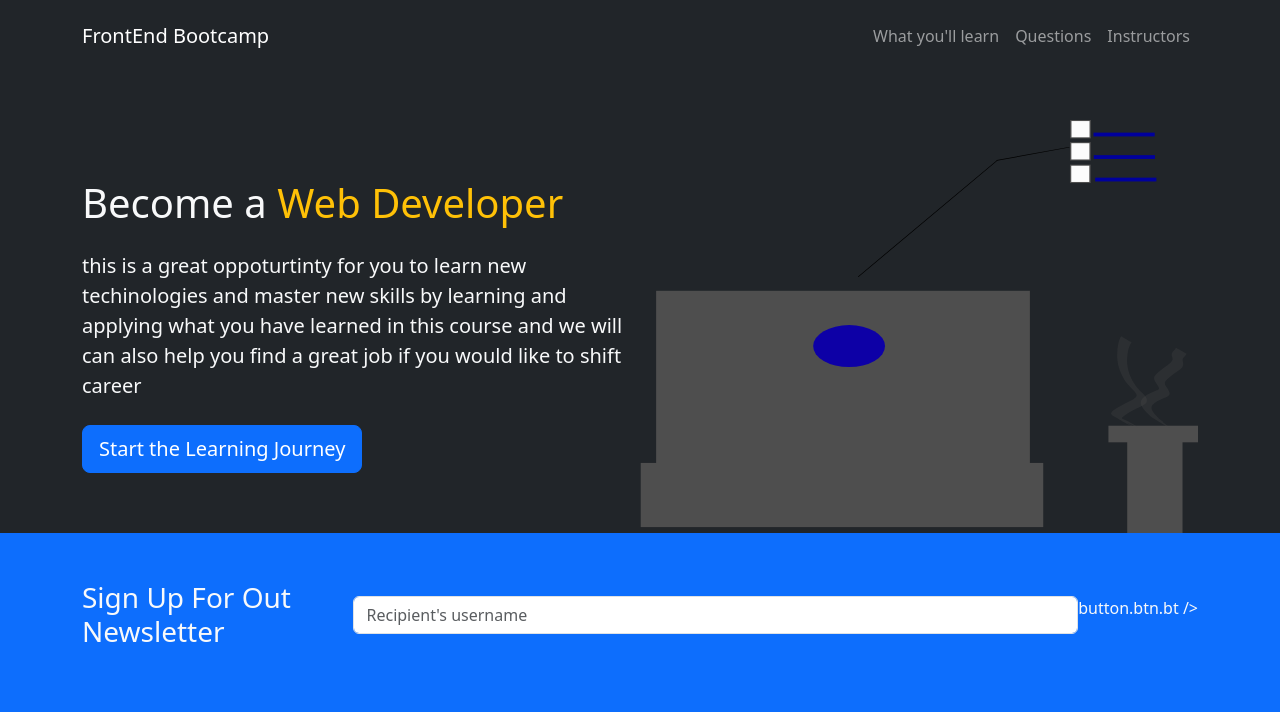
Repository: HaziimYassien/Front-End-BootCamp-__BootStrap-Project
Page: Front End BootCamp2/index.html
The author's editor kept a copy of each file at every save. The page is drawn from the files as they stood at one save, then again after a run of saves.
The browser window is 1280 px wide. The pictures show the whole page.

Above is the page before, as saved 2024-01-12 02:48:10.

### Front End BootCamp2/index.html
<!DOCTYPE html>
<html lang="en">
  <head>
    <meta charset="utf-8" />
    <meta name="viewport" content="width=device-width, initial-scale=1" />
    <title>Frontend Bootcamp</title>
    <link
      href="https://cdn.jsdelivr.net/npm/bootstrap@5.3.2/dist/css/bootstrap.min.css"
      rel="stylesheet"
      integrity="sha384-T3c6CoIi6uLrA9TneNEoa7RxnatzjcDSCmG1MXxSR1GAsXEV/Dwwykc2MPK8M2HN"
      crossorigin="anonymous"
    />
    <link rel="stylesheet" href="style.css" />
  </head>
  <body>
    <!-- START _NavigationBar -->
    <nav class="navbar navbar-expand-lg bg-dark navbar-dark py-3">
      <div class="container">
        <a href="#" class="navbar-brand">FrontEnd Bootcamp</a>
        <button
          class="navbar-toggler"
          type="button"
          data-bs-toggle="collapse"
          data-bs-target="#navmenu"
        >
          <span class="navbar-toggler-icon"></span>
        </button>
        <div class="collapse navbar-collapse" id="navmenu">
          <ul class="navbar-nav ms-auto">
            <li class="nav-item">
              <a href="#learn" class="nav-link">What you'll learn</a>
            </li>
            <li class="nav-item">
              <a href="#questions" class="nav-link">Questions</a>
            </li>
            <li class="nav-item">
              <a href="#instructors" class="nav-link">Instructors</a>
            </li>
          </ul>
        </div>
      </div>
    </nav>
    <!-- END _NavigationBar -->

    <!-- START _ShowCase -->
    <section
      class="bg-dark text-light p-5 p-lg-0 pt-lg-5 text-center text-sm-start"
    >
      <div class="container">
        <div class="d-sm-flex align-items-center justify-content-between">
          <div>
            <h1>Become a <span class="text-warning"> Web Developer</span></h1>
            <p class="lead my-4">
              this is a great oppoturtinty for you to learn new techinologies
              and master new skills by learning and applying what you have
              learned in this course and we will can also help you find a great
              job if you would like to shift career
            </p>
            <button class="btn btn-primary btn-lg">
              Start the Learning Journey
            </button>
          </div>
          <img
            class="img-fluid w-50 h-50 d-none d-sm-block"
            src="img/FirstImage_BootCampProject.svg"
            alt=""
          />
        </div>
      </div>
    </section>
    <!-- END _ShowCase -->

    <!-- START _NewsLetter -->
    <section class="bg-primary text-light p-5">
      <div class="container">
        <div class="d-md-flex justify-content-between align-items-center">
          <h3 class="mb-3 md-md-0">Sign Up For Out Newsletter</h3>
          <div class="input-group mb-3">
            <input
              type="text"
              class="form-control"
              placeholder="Recipient's username"
              aria-label="Recipient's username"
              aria-describedby="button-addon2"
            />
            button.btn.bt

            />
          </div>
        </div>
      </div>
    </section>
    <script
      src="https://cdn.jsdelivr.net/npm/bootstrap@5.3.2/dist/js/bootstrap.bundle.min.js"
      integrity="sha384-C6RzsynM9kWDrMNeT87bh95OGNyZPhcTNXj1NW7RuBCsyN/o0jlpcV8Qyq46cDfL"
      crossorigin="anonymous"
    ></script>
  </body>
</html>

Loaded but not shown: Front End BootCamp2/style.css (no copy from this time; the picture is the same without it)

After the next 2 saves:
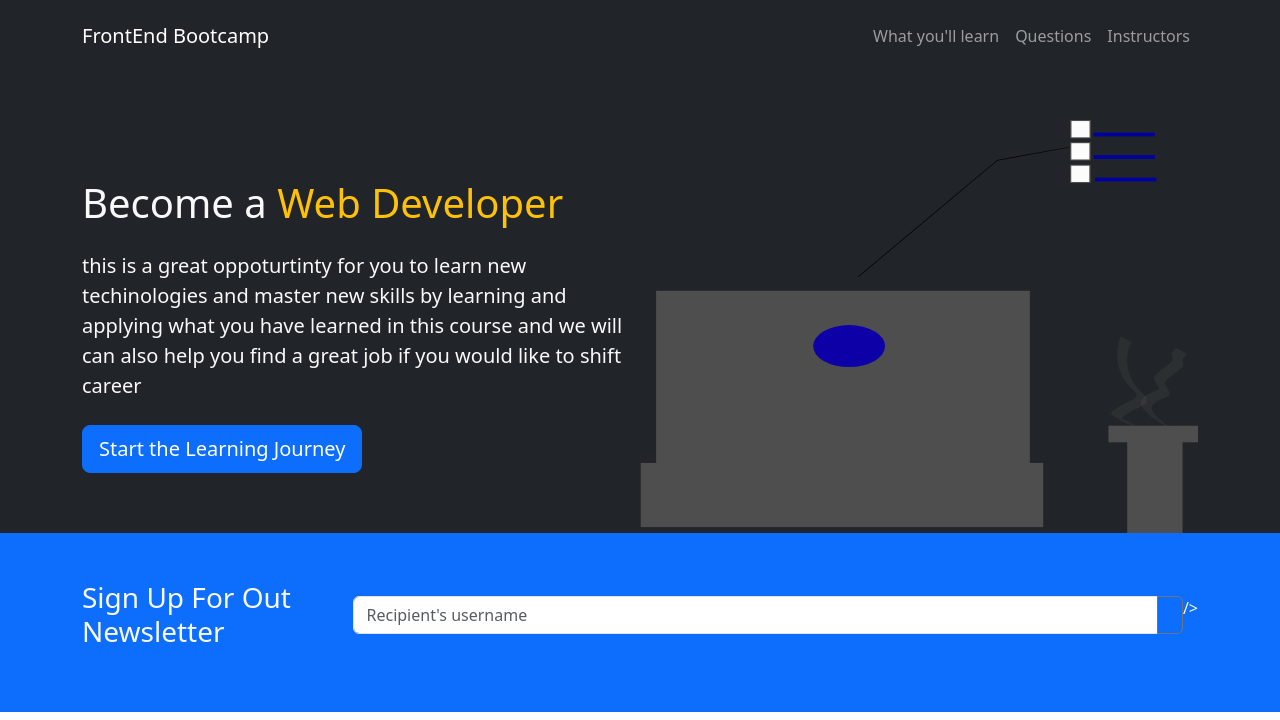
The 2 saves are shown as one change because they came seconds apart.
The last was saved 7 s later.
--- a/Front End BootCamp2/index.html
+++ b/Front End BootCamp2/index.html
@@ -83,7 +83,7 @@
               aria-label="Recipient's username"
               aria-describedby="button-addon2"
             />
-            button.btn.bt
+            <button class="btn btn-outline-secondary"></button>
 
             />
           </div>
